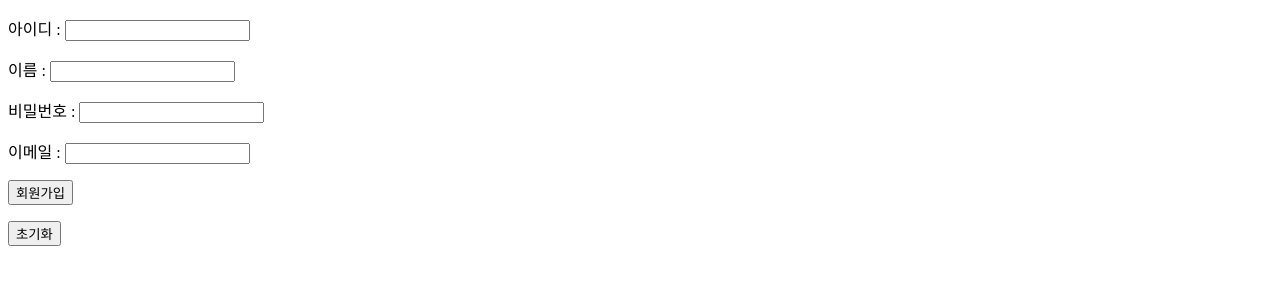
Repository: kth0153/Cloud_JSP-Servlet_Edu
Page: http://localhost/prjEx/join.jsp
An editor plug-in stored every save of this project. The page is shown before and after a run of saves, followed by the edit.
The browser window is 1280 px wide. The pictures show the whole page.
The page is served by Tomcat 9. Other server files are loaded and not shown.

Above is the page before, as saved 2022-10-04 04:50:27.

### study/prjEx/src/main/webapp/join.jsp
<%@ page language="java" contentType="text/html; charset=UTF-8" pageEncoding="UTF-8"%>
<!DOCTYPE html>
<html lang="ko">
<head>
<meta charset="UTF-8">
<meta http-equiv="X-UA-Compatible" content="IE=edge">
<meta name="viewport" content="width=device-width, initial-scale=1.0">
<script src="https://code.jquery.com/jquery-3.6.1.js"></script>
<title>Insert title here</title>
</head>
<body>
<form action="chklogin.do" method="post" name="textform">

	<p>아이디 : <input type="text" name="id"/></p>
	<p>이름 : <input type="text" name="name"/></p>
	<p>비밀번호 : <input type="text" name="pw"/></p>
	<p>이메일 : <input type="text" name="email"/></p>

	<p><input type="submit" value="회원가입" /></p>
	<p><input type="reset" value="초기화" /></p>

</form>

</body>
</html>

After the next 2 saves:
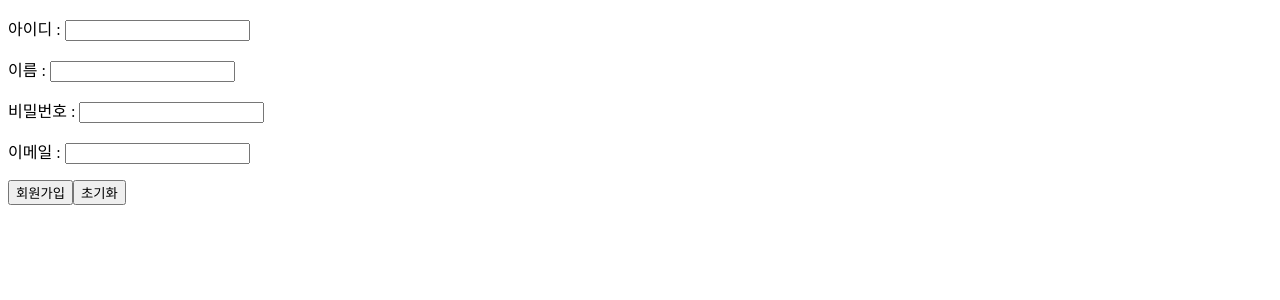
The 2 saves are shown as one change because they came seconds apart.
The last was saved 8 min 15 s later.
--- a/study/prjEx/src/main/webapp/join.jsp
+++ b/study/prjEx/src/main/webapp/join.jsp
@@ -16,8 +16,7 @@
 	<p>비밀번호 : <input type="text" name="pw"/></p>
 	<p>이메일 : <input type="text" name="email"/></p>
 
-	<p><input type="submit" value="회원가입" /></p>
-	<p><input type="reset" value="초기화" /></p>
+	<p><input type="submit" value="회원가입" /><input type="reset" value="초기화" /></p>
 
 </form>
 
